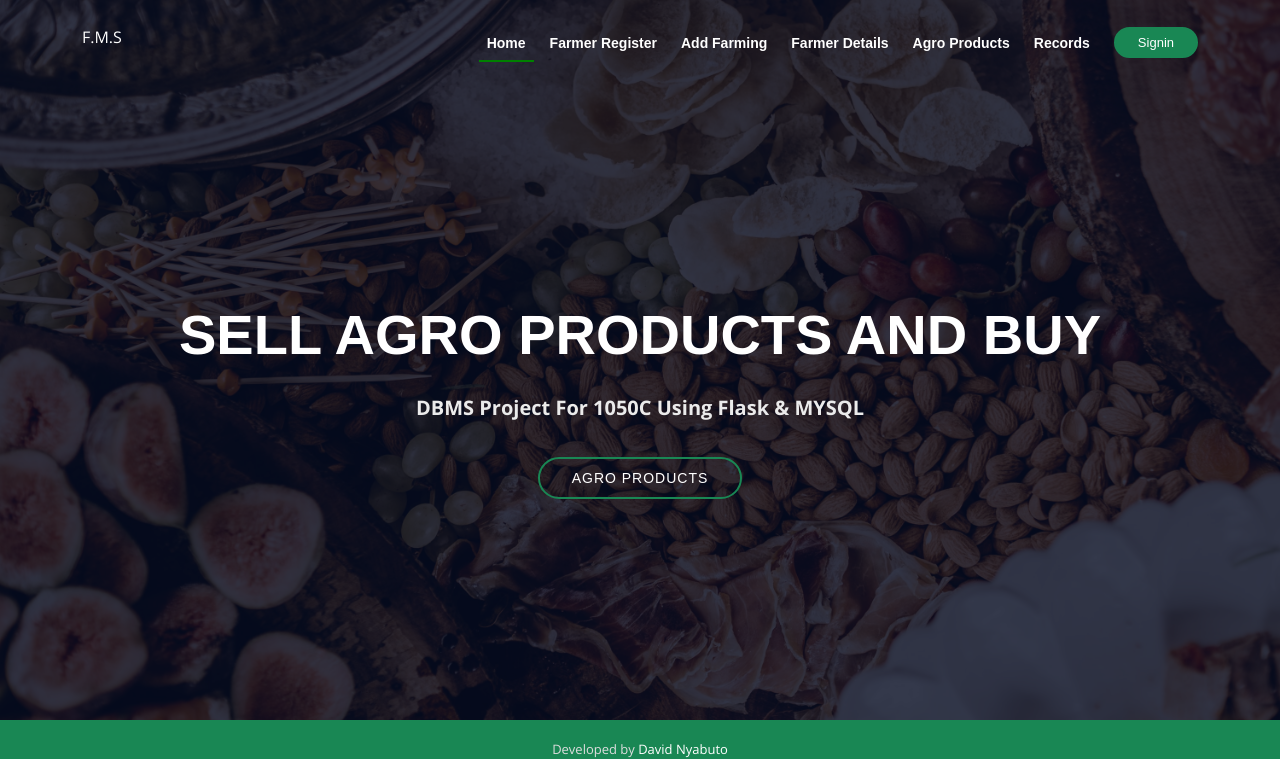
Repository: Samkiroko/Farmer_market_DBMS
Page: http://localhost/
These files come from the project's save history. The page is drawn as it stood at one moment and after the next save; the edit follows.
The browser window is 1280 px wide. The pictures show the whole page.
Backgrounds fixed to the window are drawn as part of the page. Some web fonts or font styles are not loaded; a fallback is used. The page is served by the project's application, run on Flask 3 (main.py).

Above is the page before, as saved 2023-04-03 09:38:48.

After the next save:
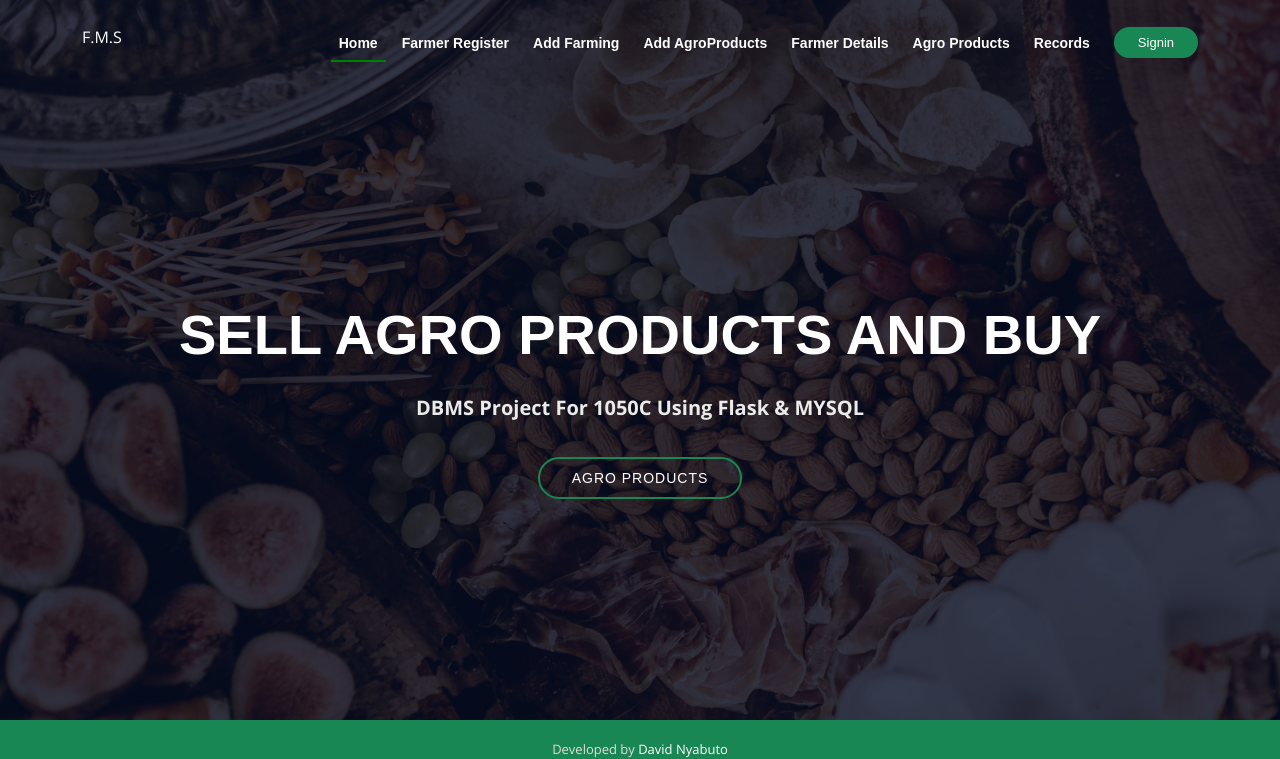
Saved 6 min 3 s later.
--- a/templates/base.html
+++ b/templates/base.html
@@ -45,6 +45,7 @@
 
  <li><a href="/register">Farmer Register</a></li>
  <li><a href="/addfarming">Add Farming</a></li>
+ <li><a href="/addagroproduct">Add AgroProducts</a></li>
  <li><a href="/farmerdetails">Farmer Details</a></li>
  <li><a href="/agroproducts">Agro Products</a></li>
  <li><a href="/triggers">Records</a></li>
